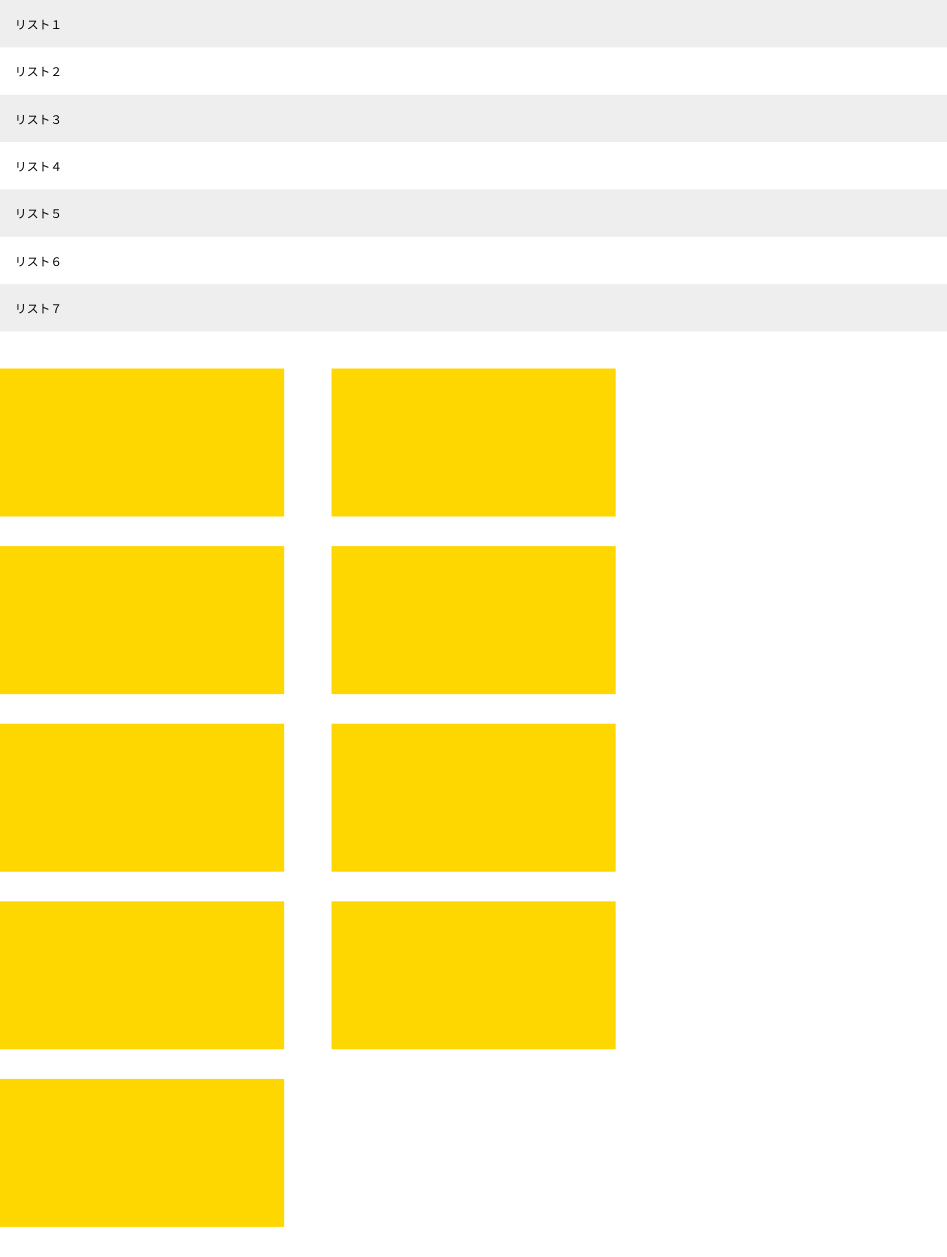
Repository: takuto27/ouyou
Page: chapter8_exercise/ensyu8.html
The author's editor kept a record of every edit. The page is drawn from the files as they stood at one moment, then again after the next edit.
The browser window is 1280 px wide. The pictures show the whole page, at 74% of full size.

Above is the page before.

### chapter8_exercise/ensyu8.html
<!DOCTYPE>
<html lang="ja">
  <head>
    <meta charset="UTF-8" />
    <link rel="stylesheet" href="ensyu8.css" />
    <title>演習８</title>
  </head>

  <body>
    <ul class="item-list">
      <li class="list">リスト１</li>
      <li class="list">リスト２</li>
      <li class="list">リスト３</li>
      <li class="list">リスト４</li>
      <li class="list">リスト５</li>
      <li class="list">リスト６</li>
      <li class="list">リスト７</li>
    </ul>

    <div class="main-box">
      <div class="box"></div>
      <div class="box"></div>
      <div class="box"></div>
      <div class="box"></div>
      <div class="box"></div>
      <div class="box"></div>
      <div class="box"></div>
      <div class="box"></div>
      <div class="box"></div>
    </div>


  </body>
</html>

### chapter8_exercise/ensyu8.css
* {
  margin: 0;
  padding: 0;
  box-sizing: border-box;
}
main {
  width: 960px;
  margin: 50px auto;
}
.item-list {
  margin-bottom: 50px;
}
.list {
  padding: 20px;
  list-style: none;
}
.list:nth-child(odd) {
  background-color: #eee;
}
.main-box {
  display: flex;
  flex-wrap: wrap;
}
.box {
  background-color: #ffd700;
  width: 30%;
  height: 200px;
  margin-right: 5%;
  margin-bottom: 40px;
}

After the next edit:
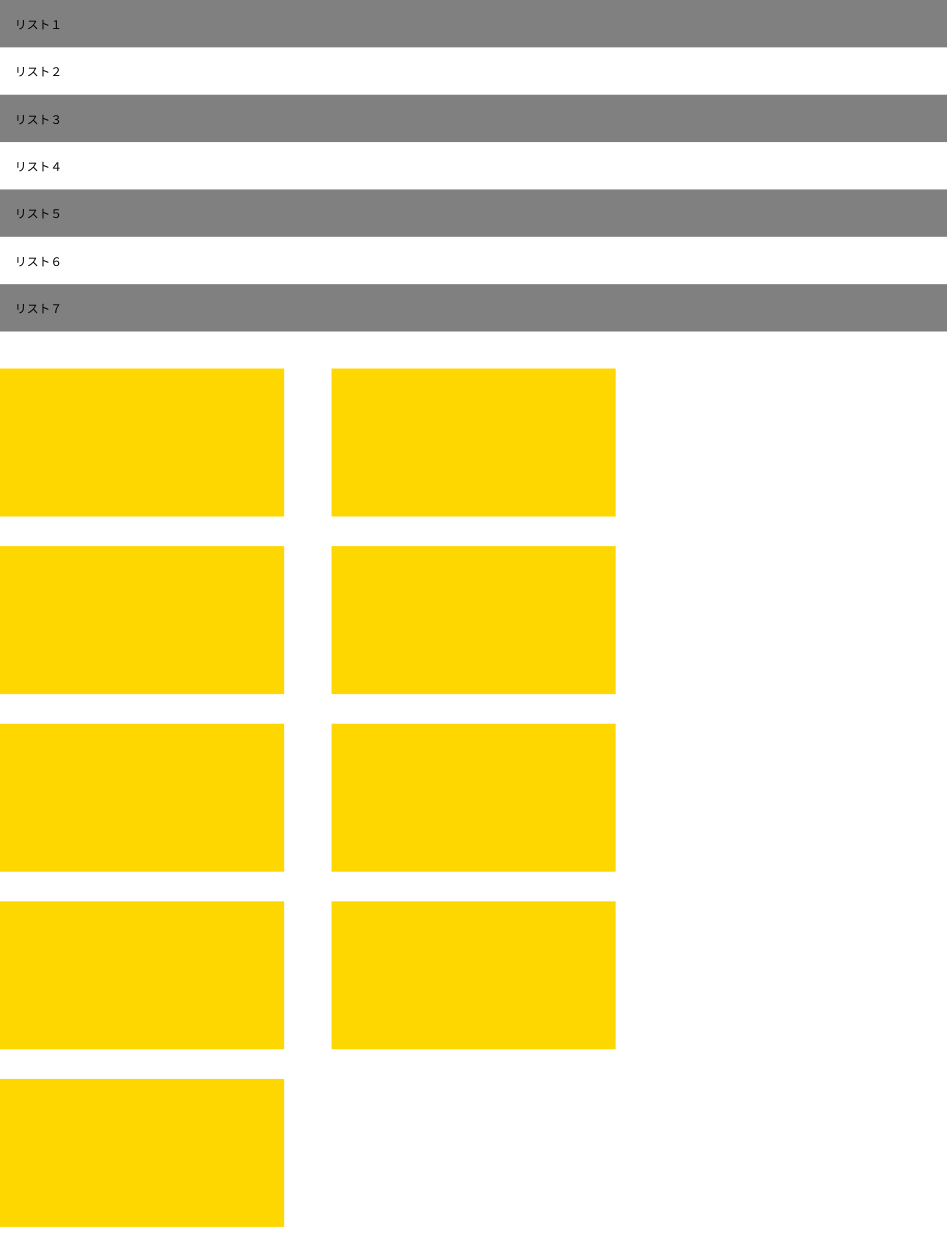
The edit:
--- a/chapter8_exercise/ensyu8.css
+++ b/chapter8_exercise/ensyu8.css
@@ -15,7 +15,7 @@
   list-style: none;
 }
 .list:nth-child(odd) {
-  background-color: #eee;
+  background-color: gray;
 }
 .main-box {
   display: flex;
